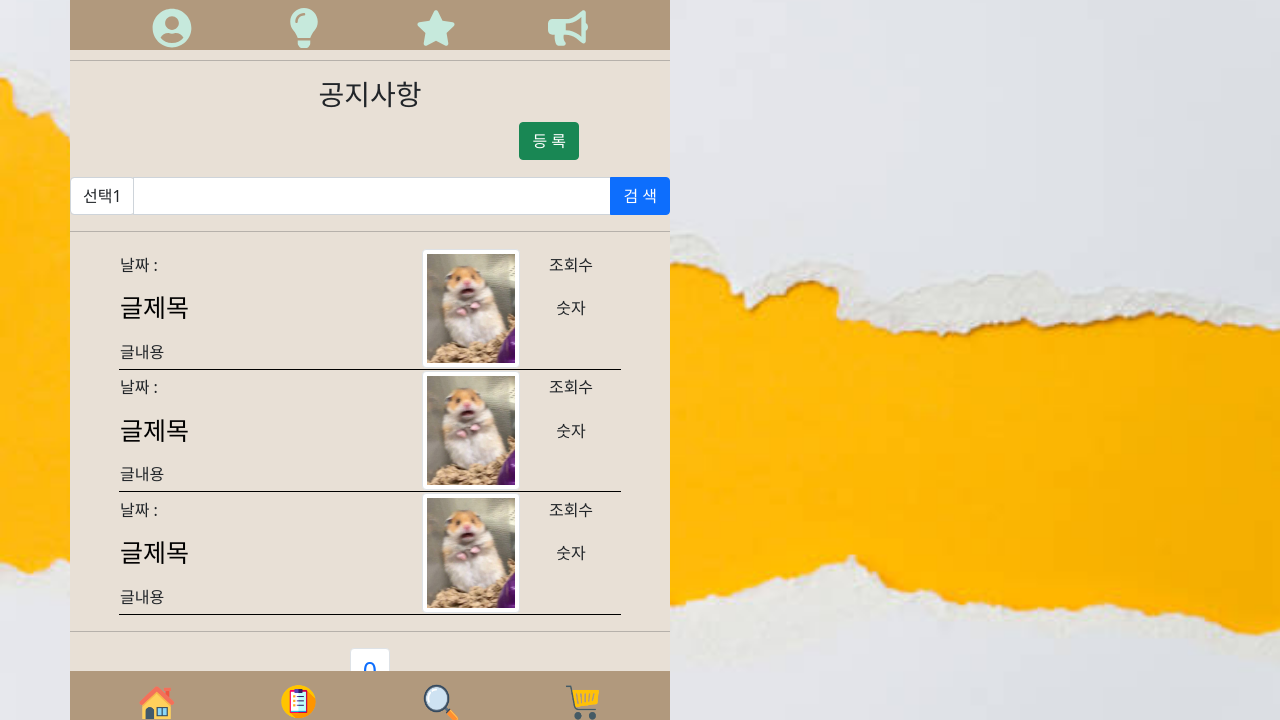
Repository: heegyu97/project
Page: http://localhost/0801_mvc2/WEB-INF/views/notice/notice.jsp
An editor plug-in stored every save of this project. The page is shown before and after the next save, followed by the edit.
The browser window is 1280 px wide. The pictures show the whole page.
An inner scrolling area shows only its first screen. Some web libraries are served in a nearby version. The page is served by Tomcat 9. Nobody is signed in. The template is opened directly, without the code that normally fills it, so the values that code supplies are empty.

Above is the page before, as saved 2022-08-11 06:07:38.

After the next save:
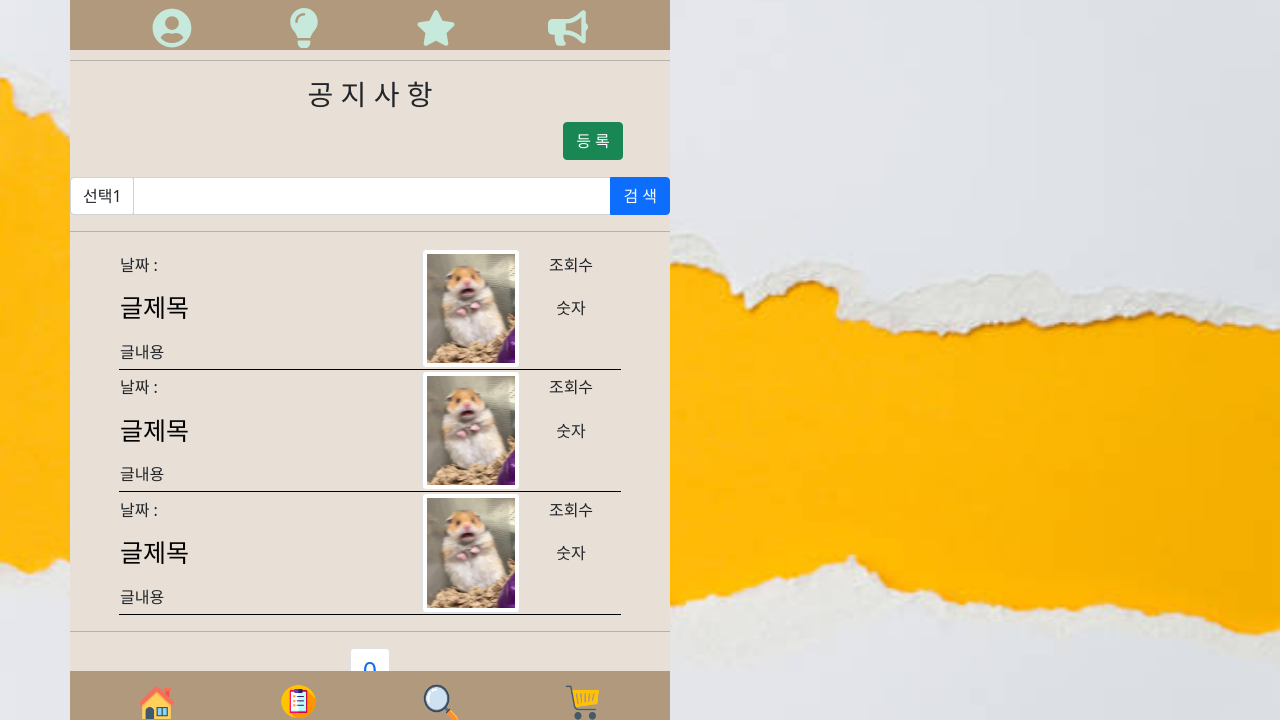
Saved 22 s later.
--- a/0720/0801_mvc2/src/main/webapp/WEB-INF/views/notice/notice.jsp
+++ b/0720/0801_mvc2/src/main/webapp/WEB-INF/views/notice/notice.jsp
@@ -36,25 +36,16 @@
 		<table>
 			<col class="w-25">
 
-
-
-
-
-
-
-
-
-
 			<tbody>
 				<tr>
 					<td>
-						<h3 style="text-align: center;"> 공지사항 </h3>
+						<h3 style="text-align: center;"> 공 지 사 항 </h3>
 					</td>
 				</tr>
 				<tr>
 					<td>
 						<a href="${pageContext.request.contextPath}/tip/tipwriteform">
-							<button  colspan="2"  class="btn btn-success float-right mb-3">등 록</button>
+							<button class="btn btn-success float-right mb-3">등 록</button>
 						</a>
 					</td>
 
